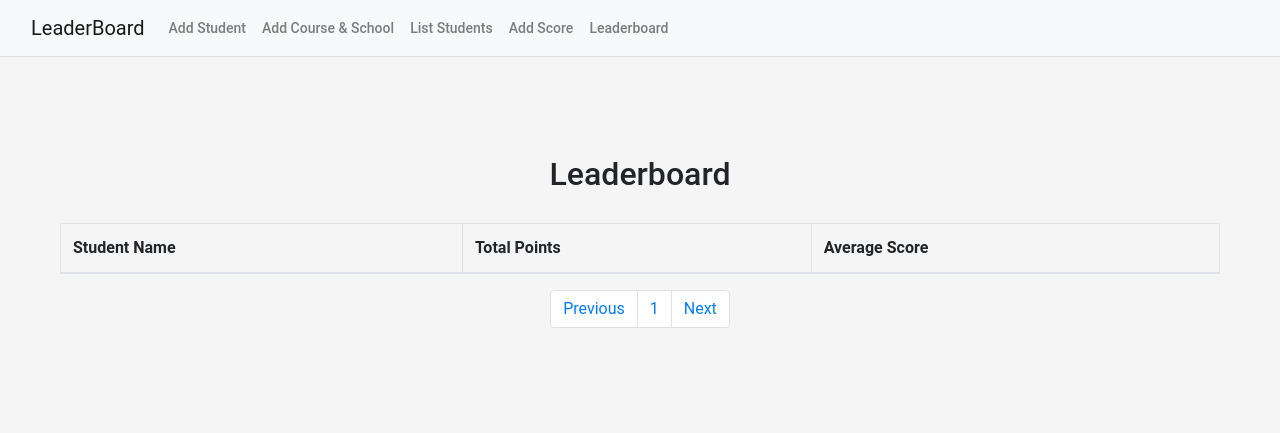
Repository: bigbodhiacademy/gBoard
Page: http://localhost/leaderboard.php?page=0
The author's editor kept a copy of each file at every save. The page is drawn from the files as they stood at one save, then again after the next save.
The browser window is 1280 px wide. The pictures show the whole page.
The page is run by PHP 8.4 with error messages shown; the project is at /var/www/html/. The database holds what the project's SQL file puts in it.

Above is the page before, as saved 2023-04-21 21:59:26.
Not found: scripts.js

After the next save:
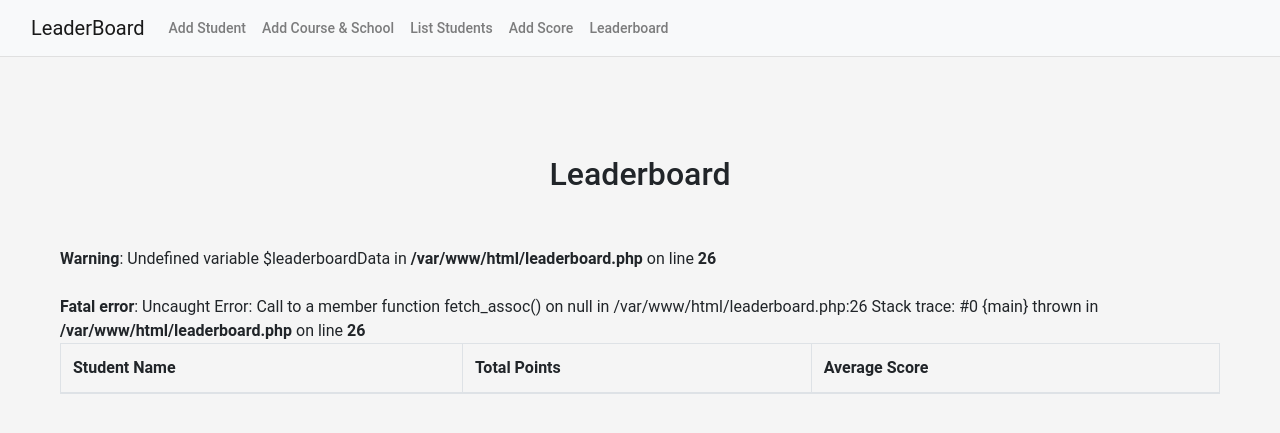
Saved 20 s later.
--- a/leaderboard.php
+++ b/leaderboard.php
@@ -19,18 +19,7 @@
                 <th>Average Score</th>
             </tr>
         </thead>
-        <tbody>
-            <?php
-                $leaderboardData = getLeaderboardData($offset, $limit);
-                while ($row = $leaderboardData->fetch_assoc()) {
-                    echo "<tr>";
-                    echo "<td>{$row['name']}</td>";
-                    echo "<td>{$row['total_points']}</td>";
-                    echo "<td>{$row['average_score']}</td>";
-                    echo "</tr>";
-                }
-            ?>
-        </tbody>
+
         <tbody>
     <?php
     $rank = 1;

After the save that followed:
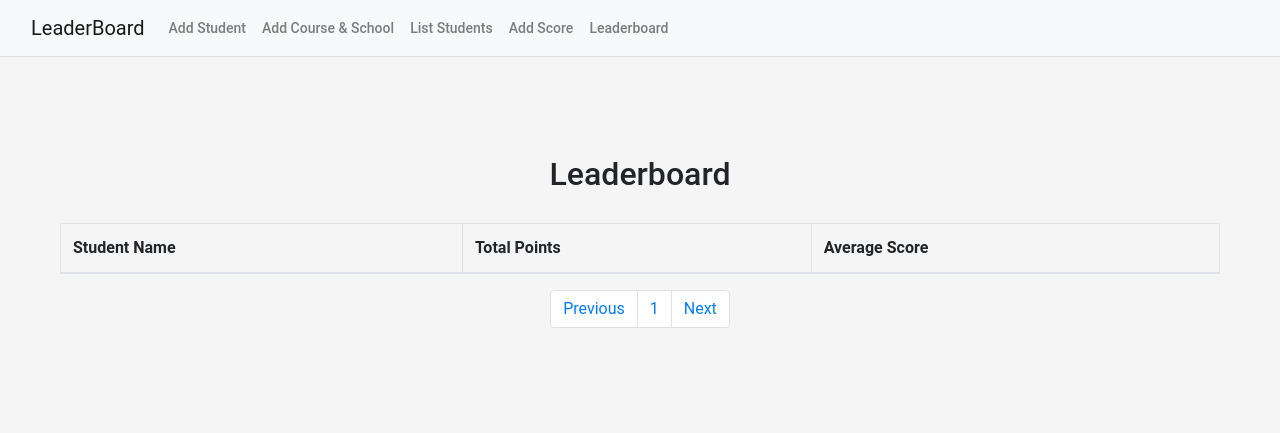
Saved 2 min 51 s later.
--- a/leaderboard.php
+++ b/leaderboard.php
@@ -19,24 +19,24 @@
                 <th>Average Score</th>
             </tr>
         </thead>
+        <tbody>
+            <?php
+            $rank = 1;
+            $leaderboardData = getLeaderboardData($offset, $limit);
+            while ($row = $leaderboardData->fetch_assoc()):
+            ?>
+                <tr>
+                    <th scope="row"><?php echo $rank; ?></th>
+                    <td><?php echo $row['name']; ?> <?php echo getBadgeForRank($rank); ?></td>
+                    <td><?php echo $row['total_points']; ?></td>
+                    <td><?php echo number_format($row['average_score'], 2); ?></td>
+                </tr>
+            <?php
+            $rank++;
+            endwhile;
+            ?>
+        </tbody>
 
-        <tbody>
-    <?php
-    $rank = 1;
-    while ($row = $leaderboardData->fetch_assoc()):
-        $student = getStudentById($row['student_id']);
-    ?>
-        <tr>
-            <th scope="row"><?php echo $rank; ?></th>
-            <td><?php echo $student['first_name'] . ' ' . $student['last_name']; ?> <?php echo getBadgeForRank($rank); ?></td>
-            <td><?php echo $row['total_points']; ?></td>
-            <td><?php echo number_format($row['average_score'], 2); ?></td>
-        </tr>
-    <?php
-    $rank++;
-    endwhile;
-    ?>
-</tbody>
 
     </table>
 
